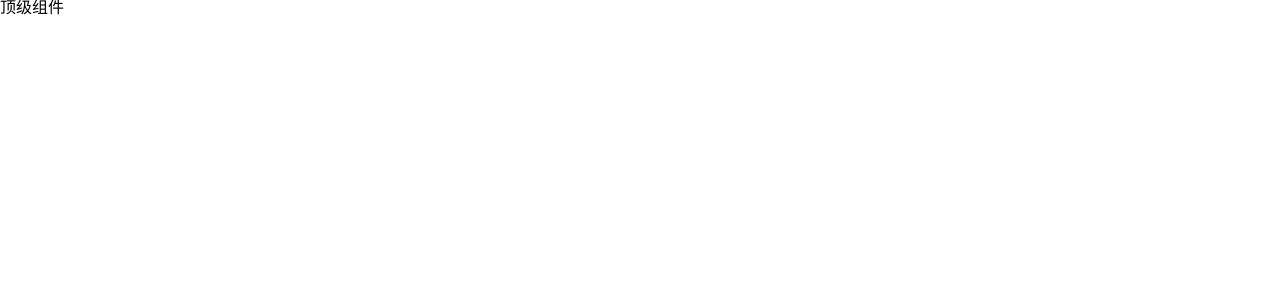
Repository: xzm1997/admin-management
Page: /
The author's editor kept a copy of each file at every save. The page is drawn from the files as they stood at one save, then again after the next save.
The browser window is 1280 px wide. The pictures show the whole page.
The project was rebuilt for these pictures with package versions that can differ from the ones it lists, and the page was loaded fresh each time. Also part of the build but not shown: vite.config.ts.

Above is the page before, as saved 2023-03-28 15:40:30.

After the next save:
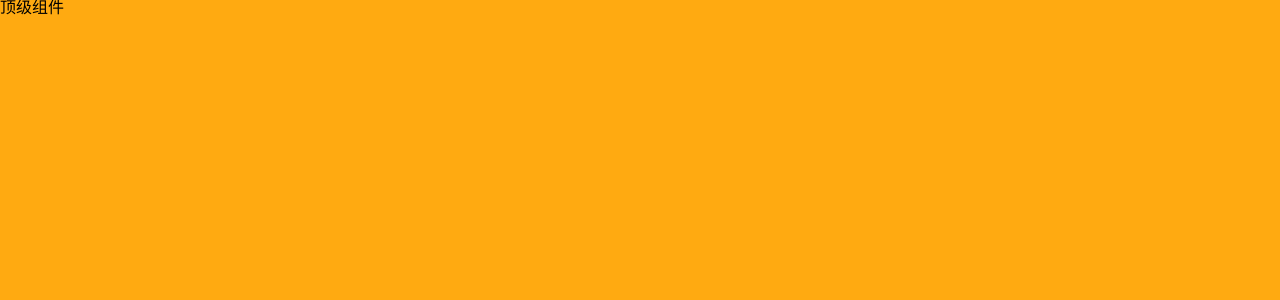
Saved 33 s later.
--- a/src/assets/styles/global.scss
+++ b/src/assets/styles/global.scss
@@ -1,4 +1,4 @@
-$color:#111;
+$color:#fa1;
 body {
-  background-color: #fff;
+  background-color: $color;
 }

After the 3 saves that followed:
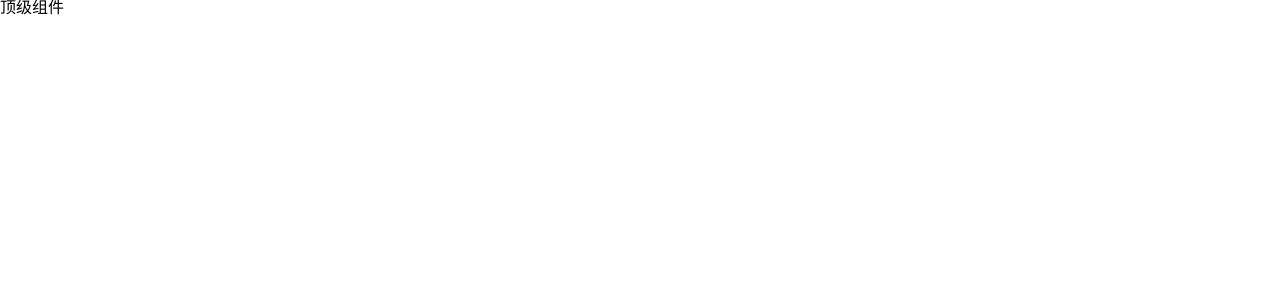
The 3 saves are shown as one change because 1 did not build or start and 1 left the picture as it was.
The last was saved 31 s later.
--- a/src/assets/styles/global.scss
+++ b/src/assets/styles/global.scss
@@ -1,4 +1,5 @@
-$color:#fa1;
+$color:#fff;
 body {
   background-color: $color;
+  user-select: none;
 }
